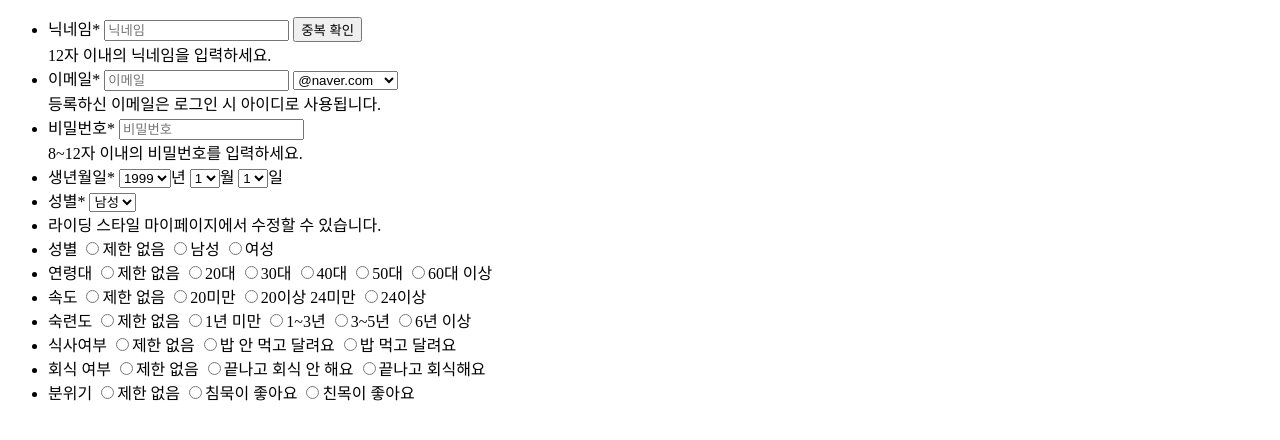
Repository: onpul/TEAM1
Page: http://localhost/Riding/mj/JoinForm.jsp
These files come from the project's save history. The page is drawn as it stood at one moment and after the next save; the edit follows.
The browser window is 1280 px wide. The pictures show the whole page.
The page is served by Tomcat 9.

Above is the page before, as saved 2022-06-04 09:51:38.

After the next save:
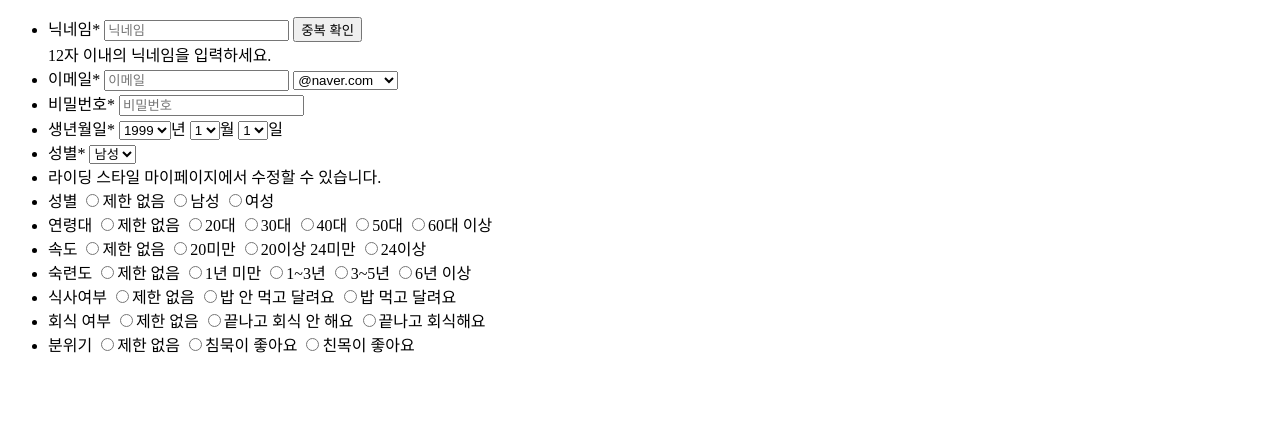
Saved 21 s later.
--- a/Riding/WebContent/mj/JoinForm.jsp
+++ b/Riding/WebContent/mj/JoinForm.jsp
@@ -24,9 +24,7 @@
 							<option value="네이트">@nate.com</option>
 						</select>
 			</li>
-			<span>등록하신 이메일은 로그인 시 아이디로 사용됩니다.</span>
 			<li>비밀번호* <input type="password" placeholder="비밀번호"/></li>
-			<span>8~12자 이내의 비밀번호를 입력하세요.</span>
 			<li>생년월일*
 				<select name="birthyear" id="birthyear">
 					<option value="year">1999</option>
